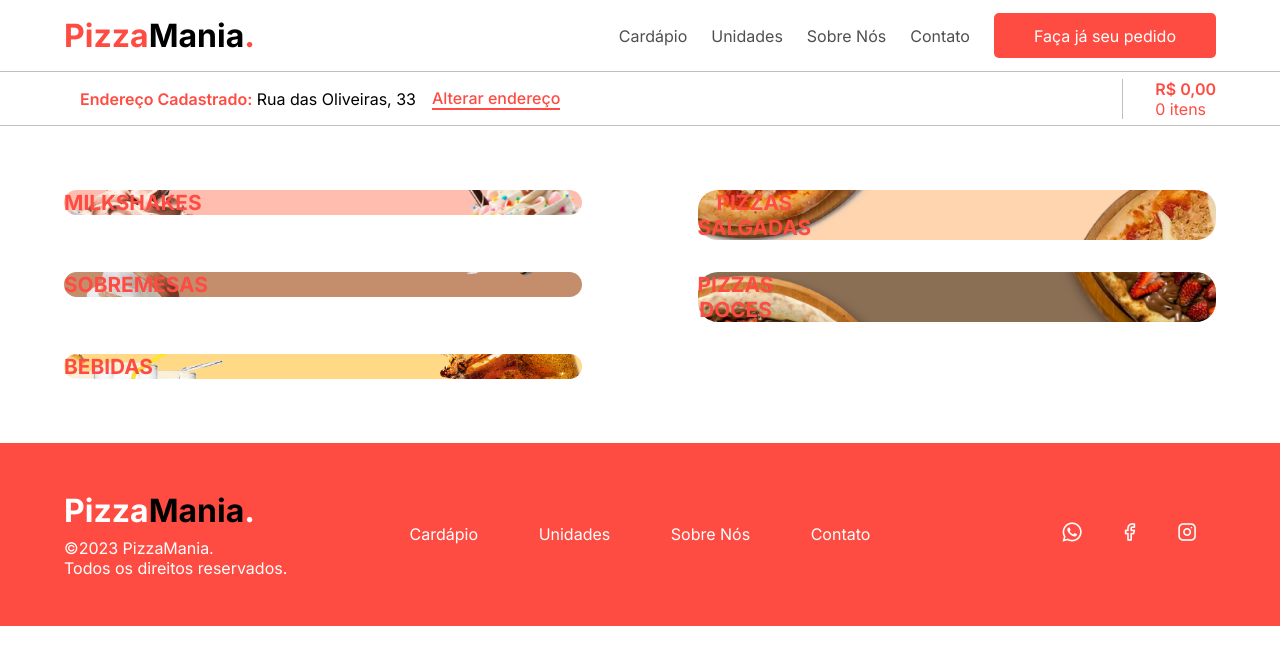
Repository: lucas-albuq/PizzaMania
Page: assets/pages/cardapio.html
An editor plug-in stored every save of this project. The page is shown before and after the next save, followed by the edit.
The browser window is 1280 px wide. The pictures show the whole page.
Some icons come from a web library that is not loaded, so they are not drawn. Some web libraries are served in a nearby version.

Above is the page before, as saved 2024-01-04 21:15:35.

After the next save:
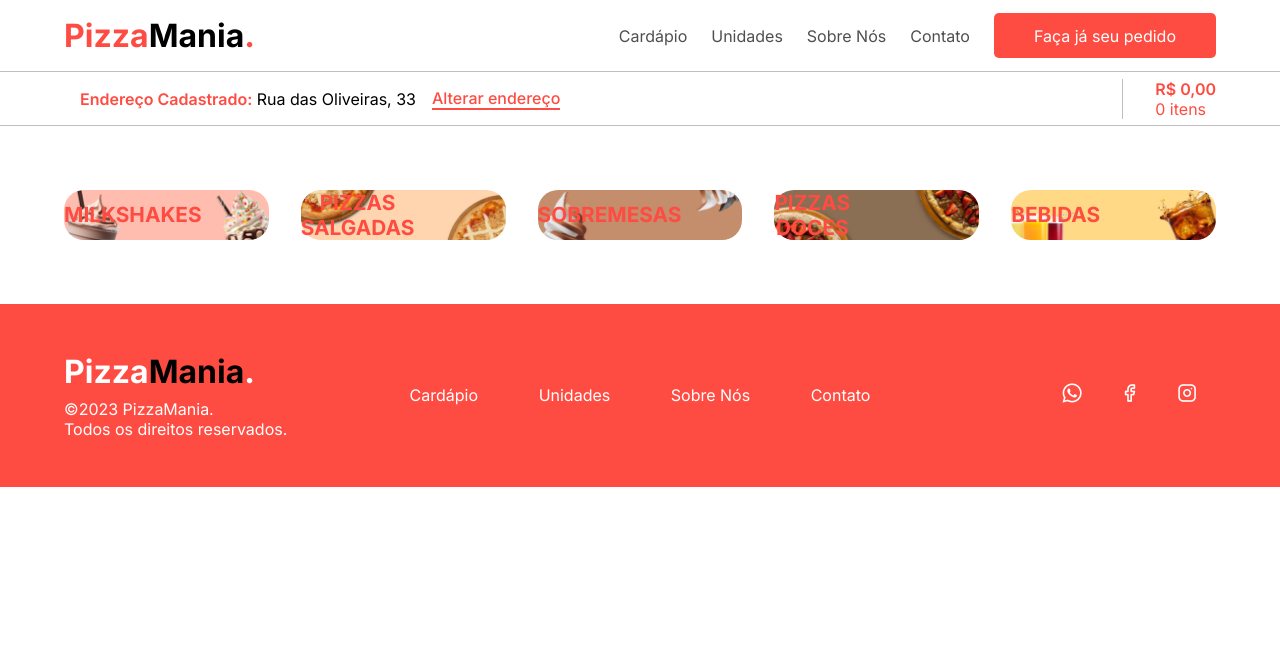
Saved 60 s later.
--- a/assets/css/pizzamania.css
+++ b/assets/css/pizzamania.css
@@ -396,7 +396,7 @@ footer .footer{
 .categorias-cardapio a{
   text-decoration: none;
   width: 45%;
-  height: 100%;
+  flex: 1
 }
 
 .categorias-cardapio .milkshakes{
